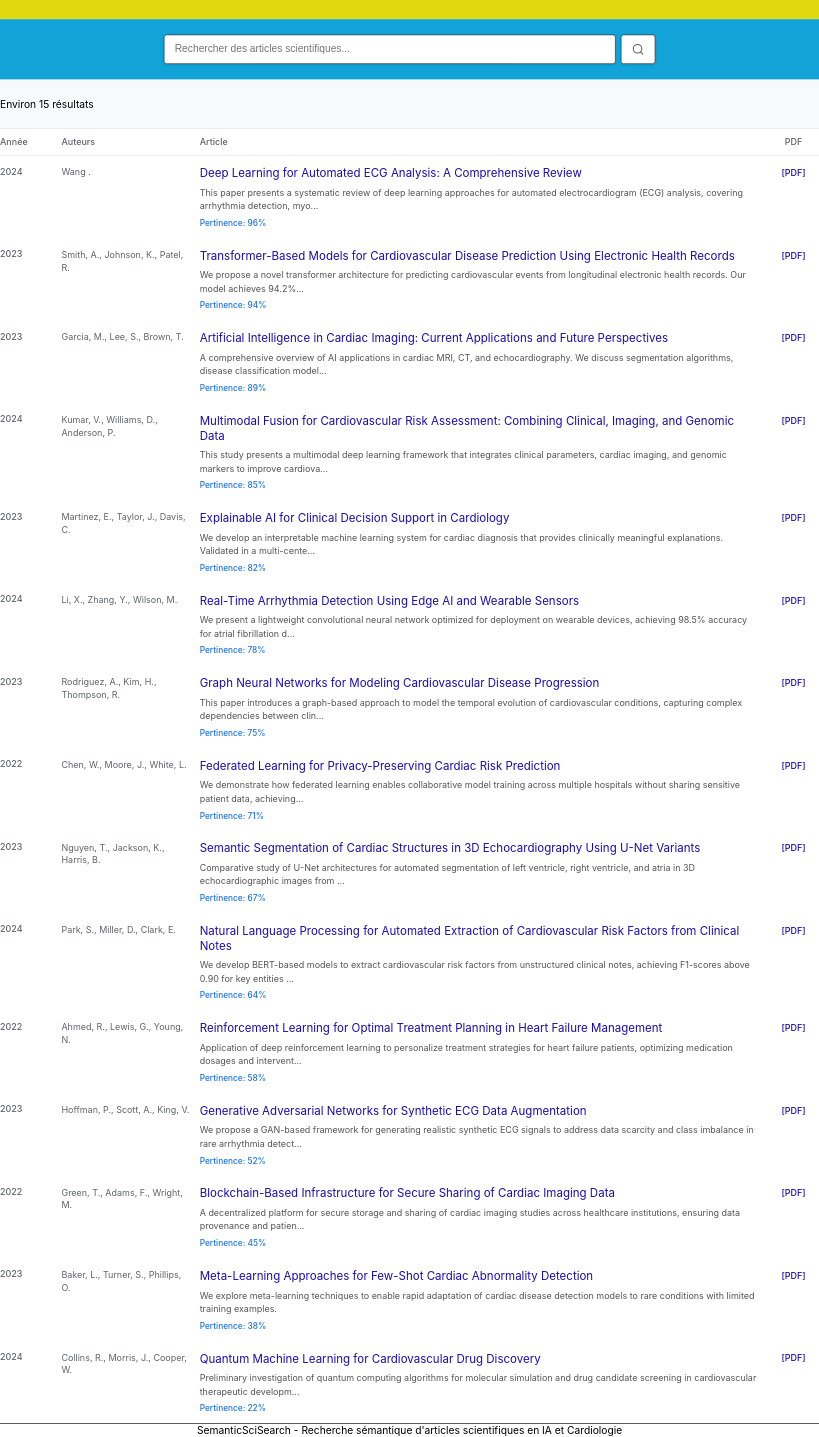
Repository: elh33/SemanticSciSearch
Page: / (app in frontend/)
The author's editor kept a copy of each file at every save. The page is drawn from the files as they stood at one save, then again after the next save.
The browser window is 1280 px wide. The pictures show the whole page, at 64% of full size.
The project was rebuilt for these pictures with package versions that can differ from the ones it lists, and the page was loaded fresh each time.

Above is the page before, as saved 2025-11-22 00:37:23.

### frontend/index.html
<!DOCTYPE html>
<html lang="en">
  <head>
    <meta charset="UTF-8" />
    <meta name="viewport" content="width=device-width, initial-scale=1.0" />
    <title>SemanticSciSearch</title>
  </head>
  <body>
    <div id="root"></div>
    <script type="module" src="/src/index.tsx"></script>
  </body>
</html>

### frontend/src/index.tsx
import React from 'react';
import ReactDOM from 'react-dom';
import App from './App';
import './index.css';

ReactDOM.render(
  <React.StrictMode>
    <App />
  </React.StrictMode>,
  document.getElementById('root')
);

### frontend/src/App.tsx
import React from 'react';
// Importe le composant de recherche principal
import SearchResults from './components/SearchResults';

// Le composant App.tsx est le conteneur principal de l'application.
function App() {
  return (
    // Utilisation d'un fragment React (<>...</>) ou d'un <div> si tu as des styles globaux
    <>
      {/* Le composant SearchResults contient maintenant :
        - Le titre et le sous-titre de l'application.
        - La barre de recherche.
        - L'orchestration de la logique (appels à api.ts).
        - L'affichage de la liste des ArticleCard.
      */}
      <SearchResults />
    </>
  );
}

export default App;

### frontend/src/components/SearchResults.tsx
import React, { useState, useEffect } from 'react';
import { Article } from '../types';
import { searchArticles } from '../services/api';
import ArticleCard from './ArticleCard';

const SearchResults: React.FC = () => {
  const [query, setQuery] = useState('');
  const [searchedQuery, setSearchedQuery] = useState('');
  const [results, setResults] = useState<Article[]>([]);
  const [isLoading, setIsLoading] = useState(false);
  const [hasSearched, setHasSearched] = useState(false);

  const handleSearch = async (searchQuery: string = query) => {
    setIsLoading(true);
    setHasSearched(true);
    setSearchedQuery(searchQuery);

    try {
      const data = await searchArticles(searchQuery);
      const sortedData = [...data].sort((a, b) => b.score - a.score);
      setResults(sortedData);
    } catch (error) {
      console.error("Erreur lors de la recherche:", error);
      setResults([]);
    } finally {
      setIsLoading(false);
    }
  };

  useEffect(() => {
    handleSearch('');
  }, []);

  const handleSubmit = (e: React.FormEvent) => {
    e.preventDefault();
    handleSearch();
  };

  return (
    <div className="min-h-screen bg-white">
      {/* BARRE JAUNE EN HAUT */}
      <div style={{ backgroundColor: '#e2d810', height: '30px' }} className="w-full"></div>

      {/* En-tête avec fond bleu - CENTRAGE SIMPLE */}
      <div style={{ backgroundColor: '#12a4d9' }} className="w-full sticky top-0 z-10 shadow-lg">
        <div style={{ display: 'flex', justifyContent: 'center', alignItems: 'center', padding: '24px 16px' }}>
          <form onSubmit={handleSubmit} style={{ display: 'flex', gap: '8px', width: '100%', maxWidth: '768px' }}>
            <input
              type="text"
              value={query}
              onChange={(e) => setQuery(e.target.value)}
              placeholder="Rechercher des articles scientifiques..."
              style={{
                flex: 1,
                padding: '12px 16px',
                fontSize: '16px',
                backgroundColor: 'white',
                borderRadius: '4px',
                boxShadow: '0 2px 5px rgba(0,0,0,0.1)',
                border: '1px solid #322e2f',
                outline: 'none'
              }}
            />

            <button
              type="submit"
              style={{
                padding: '12px 16px',
                backgroundColor: 'white',
                border: '1px solid #322e2f',
                borderRadius: '4px',
                cursor: 'pointer',
                boxShadow: '0 2px 5px rgba(0,0,0,0.1)',
                display: 'flex',
                alignItems: 'center',
                justifyContent: 'center'
              }}
              onMouseEnter={(e) => e.currentTarget.style.backgroundColor = '#f8f9fa'}
              onMouseLeave={(e) => e.currentTarget.style.backgroundColor = 'white'}
            >
              <svg
                width="20"
                height="20"
                viewBox="0 0 24 24"
                fill="none"
                stroke="#5f6368"
                strokeWidth="2"
                strokeLinecap="round"
                strokeLinejoin="round"
              >
                <circle cx="11" cy="11" r="8"></circle>
                <path d="m21 21-4.35-4.35"></path>
              </svg>
            </button>
          </form>
        </div>
      </div>

      {/* BARRE DE SÉPARATION avec nombre de résultats */}
      {hasSearched && !isLoading && (
        <div style={{
          borderBottom: '1px solid #dfe1e5',
          backgroundColor: '#f8f9fa',
          padding: '12px 0'
        }}>
          <div className="max-w-5xl mx-auto px-4">
            <p className="text-sm text-gray-600">
              Environ {results.length} résultat{results.length !== 1 ? 's' : ''}
              {searchedQuery && ` pour "${searchedQuery}"`}
            </p>
          </div>
        </div>
      )}

      {/* Contenu principal */}
      <div className="max-w-5xl mx-auto px-4 py-6">
        {isLoading && (
          <div className="flex items-center justify-center py-12">
            <div className="flex flex-col items-center gap-3">
              <div className="animate-spin rounded-full h-8 w-8 border-b-2 border-blue-600"></div>
              <p className="text-gray-600">Recherche en cours...</p>
            </div>
          </div>
        )}

        {!isLoading && (
          <div className="bg-white">
            {results.length > 0 ? (
              <div>
                {/* En-tête du tableau */}
                <div style={{
                  display: 'grid',
                  gridTemplateColumns: '80px 200px 1fr 80px',
                  gap: '16px',
                  padding: '12px 0',
                  borderBottom: '1px solid #dfe1e5',
                  fontWeight: '500',
                  fontSize: '14px',
                  color: '#5f6368'
                }}>
                  <div>Année</div>
                  <div>Auteurs</div>
                  <div>Article</div>
                  <div style={{ textAlign: 'center' }}>PDF</div>
                </div>

                {/* Articles */}
                {results.map((article) => (
                  <ArticleCard key={article.id} article={article} />
                ))}
              </div>
            ) : (
              hasSearched && (
                <div className="text-center py-12">
                  <p className="text-gray-600 text-lg">
                    Aucun résultat trouvé{searchedQuery && ` pour "${searchedQuery}"`}
                  </p>
                  <p className="text-gray-500 text-sm mt-2">
                    Essayez avec d'autres mots-clés
                  </p>
                </div>
              )
            )}
          </div>
        )}
      </div>

      {/* Footer */}
      <footer className="mt-12 border-t border-gray-200 bg-gray-50">
        <div className="max-w-5xl mx-auto px-4 py-6 text-center text-sm text-gray-500">
          SemanticSciSearch - Recherche sémantique d'articles scientifiques en IA et Cardiologie
        </div>
      </footer>
    </div>
  );
};

export default SearchResults;

### frontend/src/services/api.ts
import { Article } from '../types';
import { MOCK_RESULTS } from '../data/mockData';
import axios from 'axios';

// 💡 INTERRUPTEUR : Passez à 'false' (ou commentez/supprimez) cette ligne
// UNIQUEMENT lorsque le Back-End FastAPI est prêt.
const USE_MOCK_DATA = true;

// URL de base lue depuis le .env pour le mode production
// Le .env doit contenir VITE_API_URL=http://localhost:8000
const API_BASE_URL = 'http://localhost:8000';

/**
 * Fonction principale de recherche d'articles.
 * Elle utilise soit les données mockées, soit l'API réelle.
 * @param query Le texte de la requête de l'utilisateur.
 * @returns Une promesse qui résout vers un tableau d'articles.
 */
export const searchArticles = async (query: string): Promise<Article[]> => {
  if (USE_MOCK_DATA) {
    // --- MODE MOCKÉ ---
    console.log(`[MOCK] Simulation de recherche pour: "${query}"`);

    // 1. Simuler le délai réseau (500ms) pour une meilleure expérience utilisateur
    await new Promise(resolve => setTimeout(resolve, 500));

    // 2. Simuler un filtre simple (recherche du mot-clé dans le titre)
    // S'il n'y a pas de requête (query vide), on renvoie tout.
    const lowerCaseQuery = query.toLowerCase();

    return MOCK_RESULTS.filter(article =>
        article.title.toLowerCase().includes(lowerCaseQuery) || lowerCaseQuery.length === 0
    );

  } else {
    // --- MODE PRODUCTION (Axios) ---
    console.log(`[AXIOS] Requête réelle vers: ${API_BASE_URL}/search pour: "${query}"`);

    try {
      // 1. Envoi de la requête POST à FastAPI
      const response = await axios.post(`${API_BASE_URL}/search`, { query });

      // 2. Retourne les données (TypeScript vérifie que c'est un tableau d'Articles)
      return response.data as Article[];

    } catch (error) {
      console.error("Erreur lors de l'appel à l'API de recherche:", error);
      // En cas d'échec de l'API, on renvoie un tableau vide
      return [];
    }
  }
};

### frontend/src/components/ArticleCard.tsx
import React from 'react';
import { Article } from '../types';

interface ArticleCardProps {
  article: Article;
}

const ArticleCard: React.FC<ArticleCardProps> = ({ article }) => {
  const scorePercent = (article.score * 100).toFixed(0);

  // Tronquer l'abstract aux 2 premières lignes (environ 150 caractères)
  const truncatedAbstract = article.abstract.length > 150
    ? article.abstract.substring(0, 150) + '...'
    : article.abstract;

  return (
    <div style={{
      display: 'grid',
      gridTemplateColumns: '80px 200px 1fr 80px',
      gap: '16px',
      padding: '16px 0',
      alignItems: 'start'
    }}>
      {/* Colonne 1: Année */}
      <div style={{
        fontSize: '14px',
        color: '#5f6368',
        fontWeight: '500'
      }}>
        {article.year}
      </div>

      {/* Colonne 2: Auteurs */}
      <div style={{
        fontSize: '14px',
        color: '#5f6368',
        lineHeight: '1.4'
      }}>
        {article.authors}
      </div>

      {/* Colonne 3: Article (Titre + Abstract + Pertinence) */}
      <div>
        {/* Titre cliquable en bleu */}
        <h3 style={{ margin: '0 0 8px 0' }}>
          <a
            href={article.url}
            target="_blank"
            rel="noopener noreferrer"
            style={{
              color: '#1a0dab',
              fontSize: '18px',
              textDecoration: 'none',
              fontWeight: '400'
            }}
            onMouseEnter={(e) => e.currentTarget.style.textDecoration = 'underline'}
            onMouseLeave={(e) => e.currentTarget.style.textDecoration = 'none'}
          >
            {article.title}
          </a>
        </h3>

        {/* Abstract tronqué */}
        <p style={{
          margin: '0 0 8px 0',
          fontSize: '14px',
          color: '#545454',
          lineHeight: '1.5'
        }}>
          {truncatedAbstract}
        </p>

        {/* Pertinence en bleu */}
        <div style={{
          fontSize: '13px',
          color: '#1a73e8',
          fontWeight: '500'
        }}>
          Pertinence: {scorePercent}%
        </div>
      </div>

      {/* Colonne 4: Lien PDF */}
      <div style={{ textAlign: 'center' }}>
        <a
          href={article.url}
          target="_blank"
          rel="noopener noreferrer"
          style={{
            color: '#1a0dab',
            fontSize: '14px',
            textDecoration: 'none',
            fontWeight: '500'
          }}
          onMouseEnter={(e) => e.currentTarget.style.textDecoration = 'underline'}
          onMouseLeave={(e) => e.currentTarget.style.textDecoration = 'none'}
        >
          [PDF]
        </a>
      </div>
    </div>
  );
};

export default ArticleCard;

### frontend/src/data/mockData.ts
import { Article } from '../types';

export const MOCK_RESULTS: Article[] = [
  {
    id: '1',
    title: 'Deep Learning for Automated ECG Analysis: A Comprehensive Review',
    abstract: "This paper presents a systematic review of deep learning approaches for automated electrocardiogram (ECG) analysis, covering arrhythmia detection, myocardial infarction diagnosis, and heart rate variability assessment. We analyze over 150 studies published between 2015 and 2024.",
    authors: "Wang .",
    year: 2024,
    score: 0.96,
    url: 'https://arxiv.org/pdf/2301.04634'
  },
  {
    id: '2',
    title: 'Transformer-Based Models for Cardiovascular Disease Prediction Using Electronic Health Records',
    abstract: "We propose a novel transformer architecture for predicting cardiovascular events from longitudinal electronic health records. Our model achieves 94.2% AUC on a dataset of 500,000 patients.",
    authors: "Smith, A., Johnson, K., Patel, R.",
    year: 2023,
    score: 0.94,
    url: 'https://arxiv.org/pdf/2305.12987'
  },
  {
    id: '3',
    title: 'Artificial Intelligence in Cardiac Imaging: Current Applications and Future Perspectives',
    abstract: "A comprehensive overview of AI applications in cardiac MRI, CT, and echocardiography. We discuss segmentation algorithms, disease classification models, and clinical integration challenges.",
    authors: "Garcia, M., Lee, S., Brown, T.",
    year: 2023,
    score: 0.89,
    url: 'https://arxiv.org/pdf/2203.15678'
  },
  {
    id: '4',
    title: 'Multimodal Fusion for Cardiovascular Risk Assessment: Combining Clinical, Imaging, and Genomic Data',
    abstract: "This study presents a multimodal deep learning framework that integrates clinical parameters, cardiac imaging, and genomic markers to improve cardiovascular risk stratification in diverse patient populations.",
    authors: "Kumar, V., Williams, D., Anderson, P.",
    year: 2024,
    score: 0.85,
    url: '/documents/multimodal-cardio-risk.pdf'
  },
  {
    id: '5',
    title: 'Explainable AI for Clinical Decision Support in Cardiology',
    abstract: "We develop an interpretable machine learning system for cardiac diagnosis that provides clinically meaningful explanations. Validated in a multi-center trial with 12 hospitals.",
    authors: "Martinez, E., Taylor, J., Davis, C.",
    year: 2023,
    score: 0.82,
    url: 'https://arxiv.org/pdf/2511.13703.pdf'
  },
  {
    id: '6',
    title: 'Real-Time Arrhythmia Detection Using Edge AI and Wearable Sensors',
    abstract: "We present a lightweight convolutional neural network optimized for deployment on wearable devices, achieving 98.5% accuracy for atrial fibrillation detection with <100ms latency.",
    authors: "Li, X., Zhang, Y., Wilson, M.",
    year: 2024,
    score: 0.78,
    url: '/documents/edge-ai-arrhythmia.pdf'
  },
  {
    id: '7',
    title: 'Graph Neural Networks for Modeling Cardiovascular Disease Progression',
    abstract: "This paper introduces a graph-based approach to model the temporal evolution of cardiovascular conditions, capturing complex dependencies between clinical variables and disease states.",
    authors: "Rodriguez, A., Kim, H., Thompson, R.",
    year: 2023,
    score: 0.75,
    url: 'https://arxiv.org/pdf/2204.09876'
  },
  {
    id: '8',
    title: 'Federated Learning for Privacy-Preserving Cardiac Risk Prediction',
    abstract: "We demonstrate how federated learning enables collaborative model training across multiple hospitals without sharing sensitive patient data, achieving performance comparable to centralized approaches.",
    authors: "Chen, W., Moore, J., White, L.",
    year: 2022,
    score: 0.71,
    url: '/documents/federated-cardiac.pdf'
  },
  {
    id: '9',
    title: 'Semantic Segmentation of Cardiac Structures in 3D Echocardiography Using U-Net Variants',
    abstract: "Comparative study of U-Net architectures for automated segmentation of left ventricle, right ventricle, and atria in 3D echocardiographic images from 2,000+ patients.",
    authors: "Nguyen, T., Jackson, K., Harris, B.",
    year: 2023,
    score: 0.67,
    url: '/documents/3d-echo-segmentation.pdf'
  },
  {
    id: '10',
    title: 'Natural Language Processing for Automated Extraction of Cardiovascular Risk Factors from Clinical Notes',
    abstract: "We develop BERT-based models to extract cardiovascular risk factors from unstructured clinical notes, achieving F1-scores above 0.90 for key entities like hypertension, diabetes, and smoking status.",
    authors: "Park, S., Miller, D., Clark, E.",
    year: 2024,
    score: 0.64,
    url: 'https://arxiv.org/pdf/2302.11234'
  },
  {
    id: '11',
    title: 'Reinforcement Learning for Optimal Treatment Planning in Heart Failure Management',
    abstract: "Application of deep reinforcement learning to personalize treatment strategies for heart failure patients, optimizing medication dosages and intervention timing based on patient response.",
    authors: "Ahmed, R., Lewis, G., Young, N.",
    year: 2022,
    score: 0.58,
    url: '/documents/rl-heart-failure.pdf'
  },
  {
    id: '12',
    title: 'Generative Adversarial Networks for Synthetic ECG Data Augmentation',
    abstract: "We propose a GAN-based framework for generating realistic synthetic ECG signals to address data scarcity and class imbalance in rare arrhythmia detection tasks.",
    authors: "Hoffman, P., Scott, A., King, V.",
    year: 2023,
    score: 0.52,
    url: '/documents/gan-ecg-augmentation.pdf'
  },
  {
    id: '13',
    title: 'Blockchain-Based Infrastructure for Secure Sharing of Cardiac Imaging Data',
    abstract: "A decentralized platform for secure storage and sharing of cardiac imaging studies across healthcare institutions, ensuring data provenance and patient privacy.",
    authors: "Green, T., Adams, F., Wright, M.",
    year: 2022,
    score: 0.45,
    url: '/documents/blockchain-cardiac-imaging.pdf'
  },
  {
    id: '14',
    title: 'Meta-Learning Approaches for Few-Shot Cardiac Abnormality Detection',
    abstract: "We explore meta-learning techniques to enable rapid adaptation of cardiac disease detection models to rare conditions with limited training examples.",
    authors: "Baker, L., Turner, S., Phillips, O.",
    year: 2023,
    score: 0.38,
    url: '/documents/meta-learning-cardiac.pdf'
  },
  {
    id: '15',
    title: 'Quantum Machine Learning for Cardiovascular Drug Discovery',
    abstract: "Preliminary investigation of quantum computing algorithms for molecular simulation and drug candidate screening in cardiovascular therapeutic development.",
    authors: "Collins, R., Morris, J., Cooper, W.",
    year: 2024,
    score: 0.22,
    url: '/documents/quantum-ml-cardio.pdf'
  }
];

Loaded but not shown: frontend/src/index.css (common file)

After the next save:
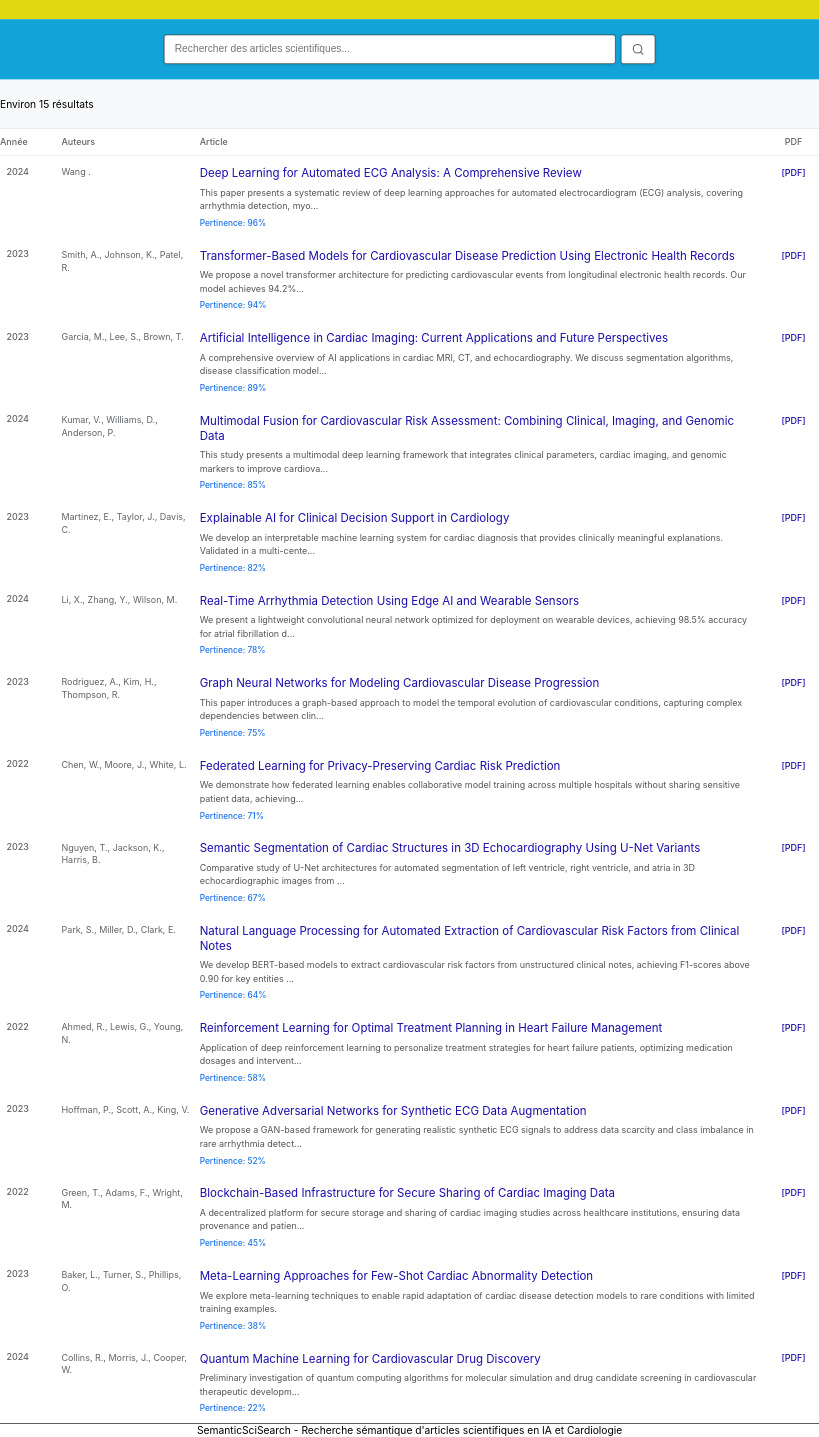
Saved 4 min 58 s later.
--- a/frontend/src/components/ArticleCard.tsx
+++ b/frontend/src/components/ArticleCard.tsx
@@ -21,11 +21,12 @@ const ArticleCard: React.FC<ArticleCardProps> = ({ article }) => {
       padding: '16px 0',
       alignItems: 'start'
     }}>
-      {/* Colonne 1: Année */}
+      {/* Colonne 1: Année - avec padding-left */}
       <div style={{
         fontSize: '14px',
         color: '#5f6368',
-        fontWeight: '500'
+        fontWeight: '500',
+        paddingLeft: '10px'
       }}>
         {article.year}
       </div>
